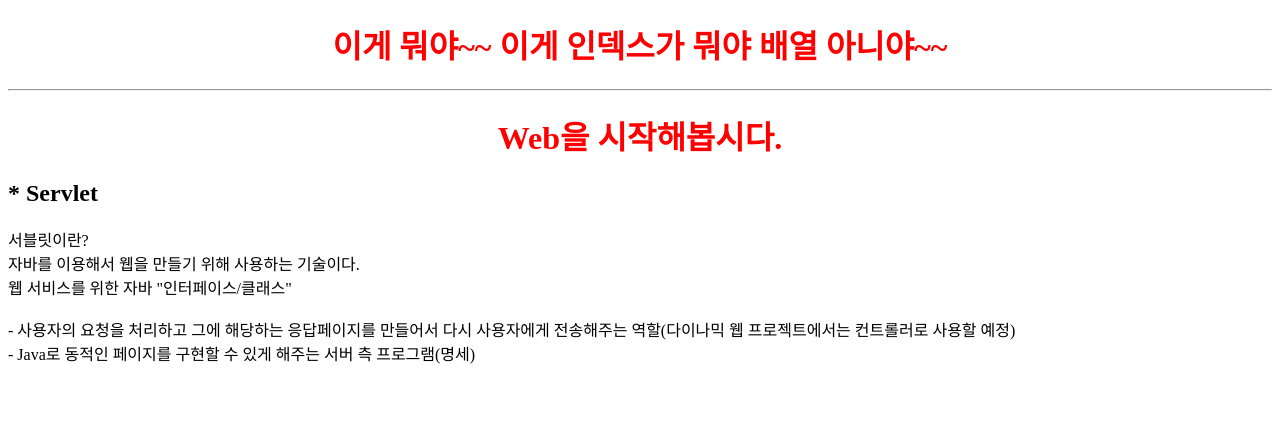
Repository: Rostreaca/0922_Web
Page: MyFirstWebProject/src/main/webapp/WEB-INF/index.html
These files come from the project's save history. The page is drawn as it stood at one moment and after the next save; the edit follows.
The browser window is 1280 px wide. The pictures show the whole page.

Above is the page before, as saved 2025-09-22 07:17:21.

### MyFirstWebProject/src/main/webapp/WEB-INF/index.html
<!DOCTYPE html>
<html>
<head>
<meta charset="UTF-8">
<title>안녕하세요 인 덱스입니다</title>
<style>
	h1{
		color : red;
		text-align: center;

	}
</style>
</head>
<body>
	<!--
		1) 새로운 워크스페이스를 만들어서 이클립스로 열기

		2) 작업 환경 구성

			2_1) 보여질 U.I를 구성

			2_2) 서버 실행환경 구성[Window - Preferences]
			(Server - Runtime Environments)
			이클립스 상에서 서버를 실행할 수 있도록 실행환경을 연동하는 과정
			Add버튼 클릭 -> 설치한 ApacheTomcat과 동일한 버전 선택 -> Next버튼 클릭
			-> Browse버튼 클릭 -> 설치한 톰캣 폴더 선택 -> Finish버튼 클릭

		3) 서버 생성하기

			3_1) [Servers] - [New] - [Server]

			3_2) 창에 기본적으로 2_2에서 세팅해놓은 Runtime이 잡혀 있을 것

			3_3)  Finish버튼 클릭

			3_4) 서버 세팅하기(만들어진 서버 더블클릭)

				3_4_1) 왼쪽하단에 ServerOption탭에 Server Module Publishing 체크
				=> file upload / download 경로 지정이 운영체제 상 숨김폴더로 지정

				3_4_2) 포트번호를 바꿔야한다면 재설정 => 작업이 끝나면 반드시 저장

			4) Dynamic Web Project만들기 [Project Explorer - new]

				4_1) 프로젝트명 신중하게 만들기 - Next

				4_2) default output folder 경로 재설정 :
					 src/main/webapp/WEB-INF/classes
				=> classes라는 폴더 안에 컴파일이 끝난 .class파일이 들어감
				WEB-INF안에 만들어두지 않으면 외부에서 접근이 가능하기 때문에 보안상 위험함

				4_3) Context root : 애플리케이션만의 고유한 이름으로 지어줄 것(기본값 : 프로젝트명)
				재정의해서 쓰는것이 보편적이고 실제로 자주 바뀔 수 있음
				=> 하나의 서버로 여러 개의 애플리케이션을 구동할 수 있음
				고유한 이름을 통해 애플리케이션에 접근하는 경로로 사용할 수 있음

				Content Directory : 실제로 배포되는 폴더(서버에 올라가는 폴더)의 최상위 폴더명!
				=> 변경 시 default output folder로 돌아가서 그쪽도 변경해야 함

				Generate web.xml deployement descriptor : 기본적으로는 체크가 안돼있음
				=> web.xml에는 애플리케이션 전체 정보가 들어있음(메인페이지 지정)
				굳이 바꿀 일 없어~~~ 하면은 안만들어도 무방
				혹시나 수정을 할 수도 있고 공부를 해야하니까 꼭 만들자!!!!

				Finish버튼 클릭

			5) 새로만들어진 Project 확인하기

				5_1) src - main - webapp - WEB-INF - classes폴더 잘 있나

				5_2) src - main - webapp - WEB-INF - web.xml 잘 있나

				5_3) src - main - webapp - index.html파일 만들기

			6) 생성해놓은 Server에 올리기

				[Servers] -> Server 오른쪽 클릭 -> Add and Remove -> 왼쪽에서 선택 후 클릭
				-> Finish

			7) 서버 실행 잘 되는거 확인했으면 브라우저 켜서 URL요청 보내서 index파일 잘 나오나 확인
		-->

	<h1>이게 뭐야~~ 이게 인덱스가 뭐야 배열 아니야~~</h1>

	<hr>

	<h1>Web을 시작해봅시다.</h1>

	<h2> * Servlet </h2>

	<p>
		서블릿이란? <br>
		자바를 이용해서 웹을 만들기 위해 사용하는 기술이다. <br>
		웹 서비스를 위한 자바 "인터페이스/클래스" <br><br>

		- 사용자의 요청을 처리하고 그에 해당하는 응답페이지를 만들어서
		  다시 사용자에게 전송해주는 역할(다이나믹 웹 프로젝트에서는 컨트롤러로 사용할 예정) <br>
		- Java로 동적인 페이지를 구현할 수 있게 해주는 서버 측 프로그램(명세) <br>

	</p>

</body>
</html>

After the next save:
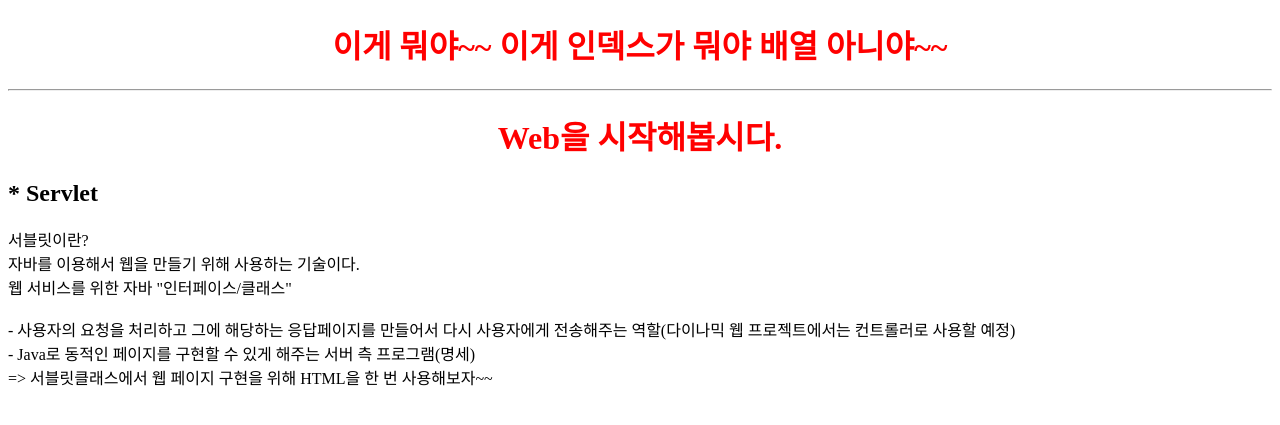
Saved 33 s later.
--- a/MyFirstWebProject/src/main/webapp/WEB-INF/index.html
+++ b/MyFirstWebProject/src/main/webapp/WEB-INF/index.html
@@ -97,6 +97,8 @@
 		  다시 사용자에게 전송해주는 역할(다이나믹 웹 프로젝트에서는 컨트롤러로 사용할 예정) <br>
 		- Java로 동적인 페이지를 구현할 수 있게 해주는 서버 측 프로그램(명세) <br>
 
+		=> 서블릿클래스에서 웹 페이지 구현을 위해 HTML을 한 번 사용해보자~~
+
 	</p>
 
 </body>
